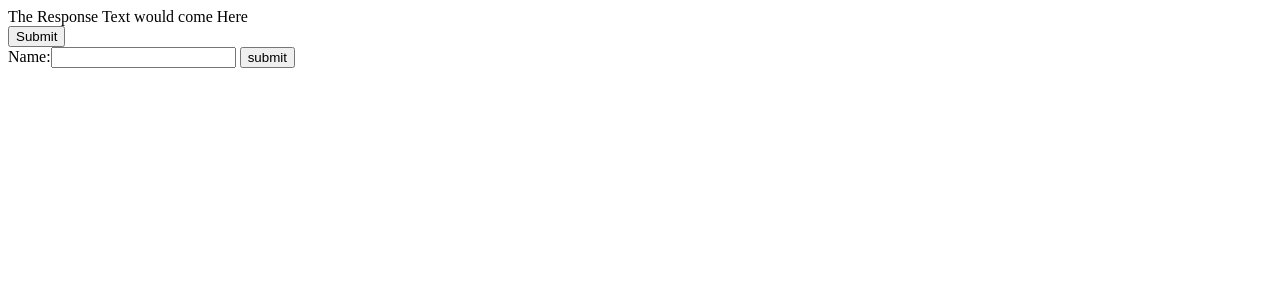
Repository: atafs/BackEnd_JAX-RS
Page: http://localhost/RESTfullWebService_02_CLIENT_Javascript/client.jsp
The author's editor kept a copy of each file at every save. The page is drawn from the files as they stood at one save, then again after the next save.
The browser window is 1280 px wide. The pictures show the whole page.
The page is served by Tomcat 9.

Above is the page before, as saved 2015-10-07 21:14:34.

### RESTfullWebService_02_CLIENT_Javascript/WebContent/client.jsp
<%@ page language="java" contentType="text/html; charset=ISO-8859-1" pageEncoding="ISO-8859-1"%>
<!DOCTYPE html PUBLIC "-//W3C//DTD HTML 4.01 Transitional//EN" "http://www.w3.org/TR/html4/loose.dtd">
<html>
<head>
<meta http-equiv="Content-Type" content="text/html; charset=ISO-8859-1">
<title>UPDATE USER</title>

<!-- JAVASCRIPT -->
<script >
	function loadResponse() {
		var xmlhttp = new XMLHttpRequest();
		xmlhttp.onreadystatechange = function() {
			if(xmlhttp.readyState == 4 && xmlhttp.status == 200) {
				document.getElementById("myDiv").innerHTML = xmlhttp.responseText;
			}
		}
		xmlhttp.open("PUT", "http://localhost:8085/RESTfullWebService_01/backend/user/service/create", true)
		xmlhttp.send();
	}
</script>
</head>
	<body>

		<div id="myDiv">The Response Text would come Here</div>
		<button type="button" onclick="loadResponse()">Submit</button>

		<form method="post" action="http://localhost:8085/RESTfullWebService_01/backend/user/service">
			Name:<input type="text" name="username"/>
			<input type="submit" value="submit"/>
		</form>
	</body>
</html>

After the next save:
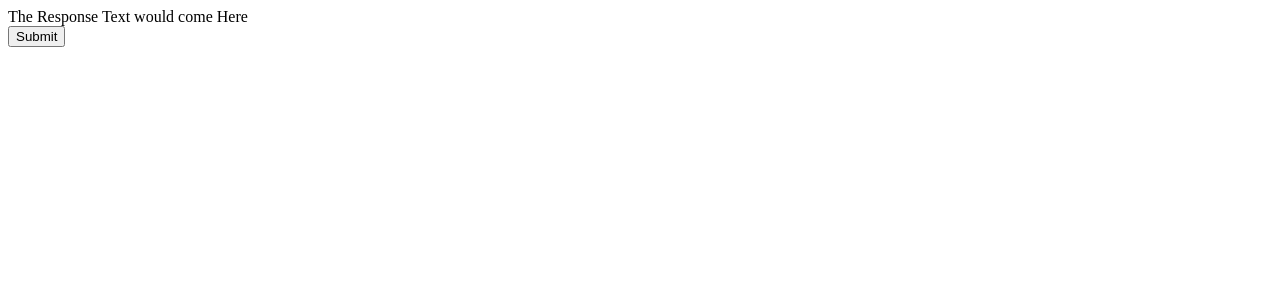
Saved 13 s later.
--- a/RESTfullWebService_02_CLIENT_Javascript/WebContent/client.jsp
+++ b/RESTfullWebService_02_CLIENT_Javascript/WebContent/client.jsp
@@ -24,9 +24,9 @@
 		<div id="myDiv">The Response Text would come Here</div>
 		<button type="button" onclick="loadResponse()">Submit</button>
 
-		<form method="post" action="http://localhost:8085/RESTfullWebService_01/backend/user/service">
+<!-- 		<form method="post" action="http://localhost:8085/RESTfullWebService_01/backend/user/service">
 			Name:<input type="text" name="username"/>
 			<input type="submit" value="submit"/>
-		</form>
+		</form> -->
 	</body>
 </html>
